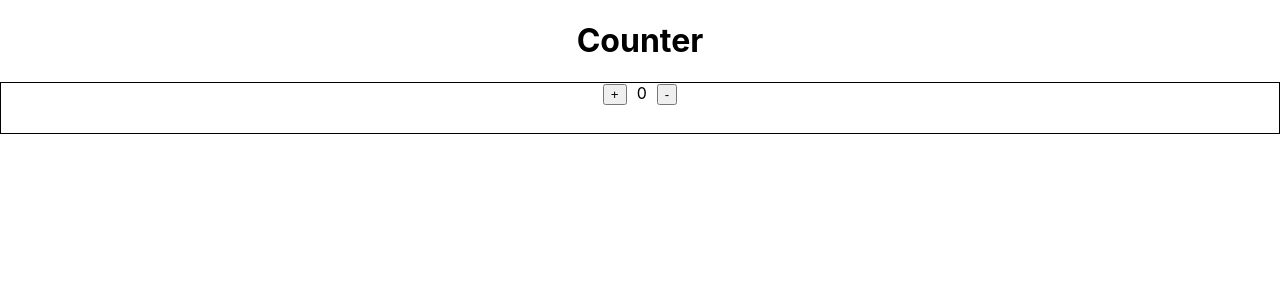
Repository: vsangavi/Redux-Counter
Page: /
The author's editor kept a copy of each file at every save. The page is drawn from the files as they stood at one save, then again after a run of saves.
The browser window is 1280 px wide. The pictures show the whole page.
The project was rebuilt for these pictures with package versions that can differ from the ones it lists, and the page was loaded fresh each time.

Above is the page before, as saved 2020-10-02 16:44:03.

### src/App.js
import React from "react";
import Counter from "./Counter";
import "./App.css";

function App() {
  return (
    <div className="App">
      <Counter />
    </div>
  );
}

export default App;

### src/Counter.js
import React, { Component } from "react";

class Counter extends Component {
  constructor(props) {
    super();
    this.state = {
      count: 0,
    };
  }
  render() {
    const Increment = () => {
      this.setState({
        count: this.state.count + 1,
      });
    };
    const Decrement = () => {
      this.setState({
        count: this.state.count - 1,
      });
    };
    return (
      <div>
        <h1>Counter</h1>
        <div className="outerDiv">
          <button onClick={Increment}>+</button>
          <span>{this.state.count}</span>
          <button onClick={Decrement}>-</button>
        </div>
      </div>
    );
  }
}
export default Counter;

### src/App.css
.App {
  text-align: center;
}
span {
  margin: 10px 10px;
}
.outerDiv {
  height: 50px;
  border: 1px solid;
}

Loaded but not shown: public/index.html (common file); src/index.js (common file); src/index.css (common file); src/serviceWorker.js (common file)

After the next 2 saves:
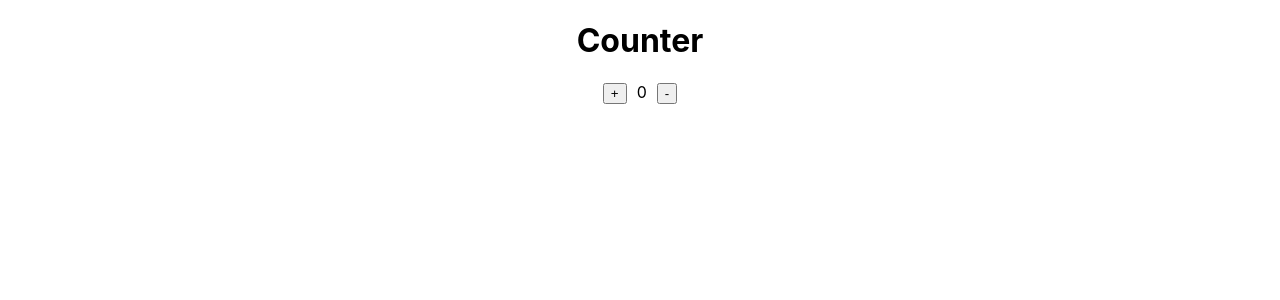
The 2 saves are shown as one change because they came seconds apart.
The last was saved 6 s later.
--- a/src/App.css
+++ b/src/App.css
@@ -6,5 +6,6 @@ span {
 }
 .outerDiv {
   height: 50px;
+  width
   border: 1px solid;
 }
